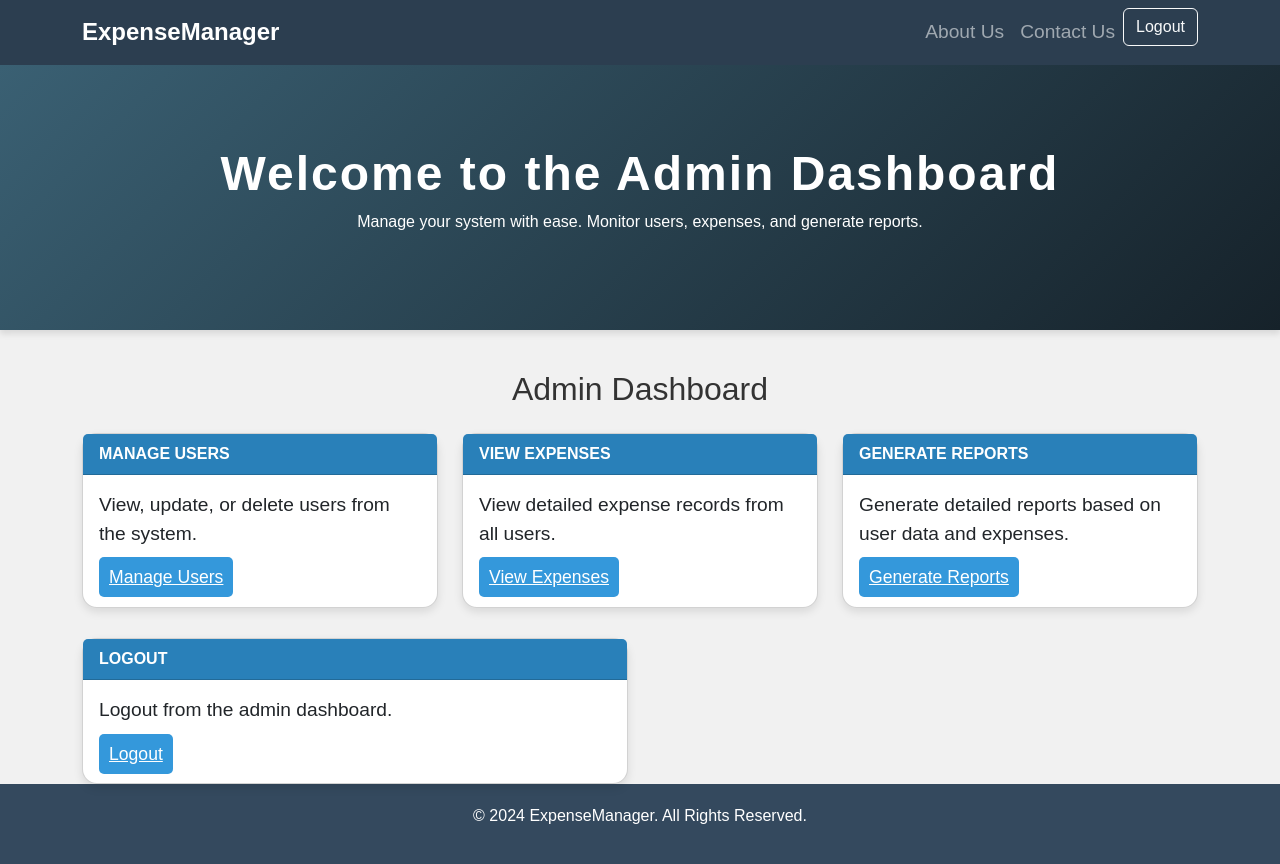
Repository: omlokhande1212/Expense-management
Page: http://localhost/Demo/admindashboard.jsp
These files come from the project's save history. The page is drawn as it stood at one moment and after the next save; the edit follows.
The browser window is 1280 px wide. The pictures show the whole page.
The page is served by Tomcat 10.

Above is the page before, as saved 2024-11-28 18:58:58.

After the next save:
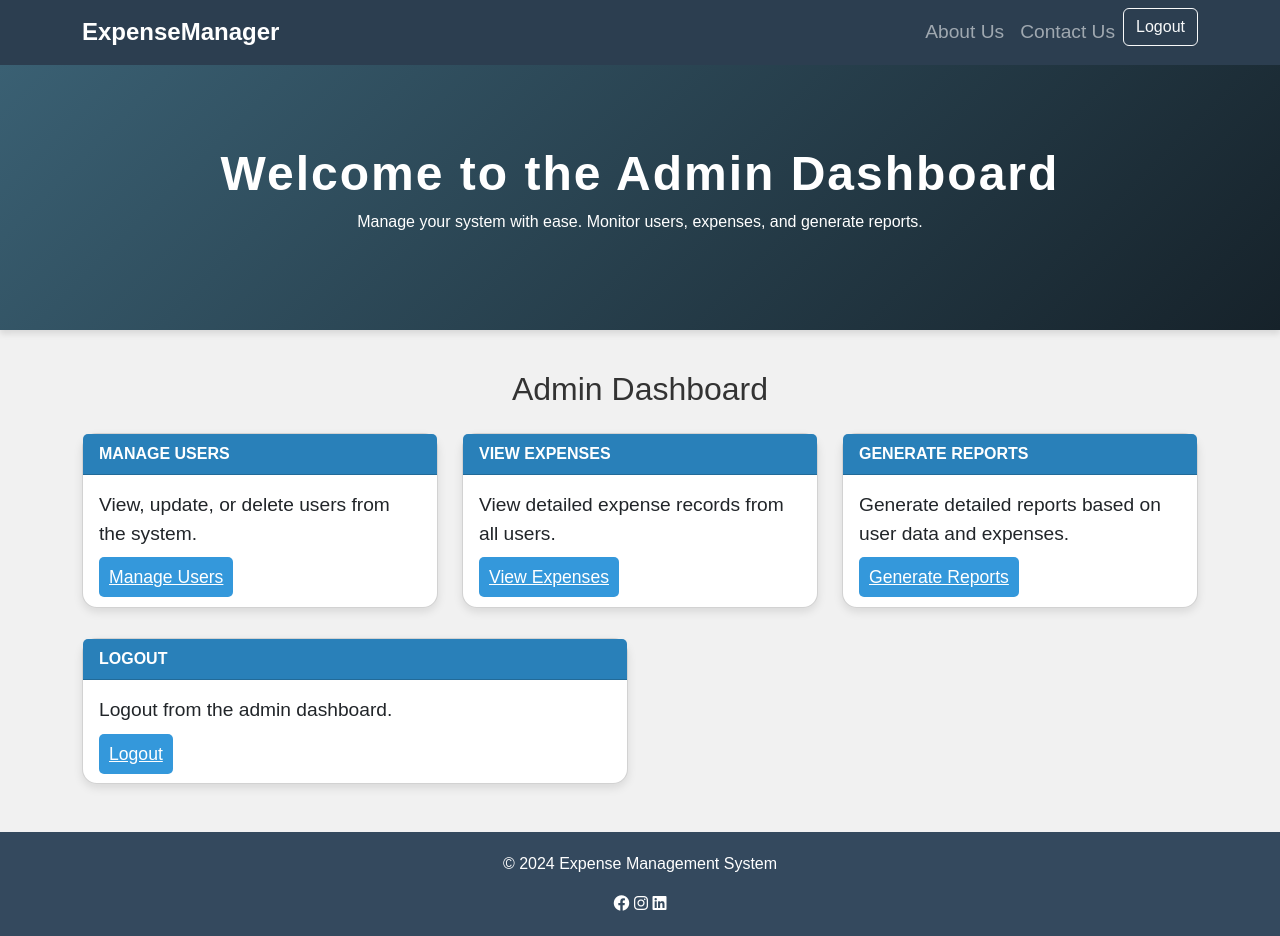
Saved 28 s later.
--- a/expense/Demo/src/main/webapp/admindashboard.jsp
+++ b/expense/Demo/src/main/webapp/admindashboard.jsp
@@ -189,10 +189,17 @@
         </div>
     </div>
 
-    <!-- Footer -->
-    <footer>
-        <p>&copy; <script>document.write(new Date().getFullYear())</script> ExpenseManager. All Rights Reserved.</p>
-    </footer>
+   <!-- Footer Section -->
+  <footer class="footer mt-5">
+    <div class="container text-center">
+      <p>&copy; 2024 Expense Management System</p>
+      <div class="social-icons">
+        <a href="https://facebook.com" target="_blank"><i class="fab fa-facebook"></i></a>
+        <a href="https://instagram.com" target="_blank"><i class="fab fa-instagram"></i></a>
+        <a href="https://linkedin.com" target="_blank"><i class="fab fa-linkedin"></i></a>
+      </div>
+    </div>
+  </footer>
 
     <!-- JavaScript Libraries -->
     <script src="https://cdn.jsdelivr.net/npm/bootstrap@5.3.0-alpha1/dist/js/bootstrap.bundle.min.js"></script>
